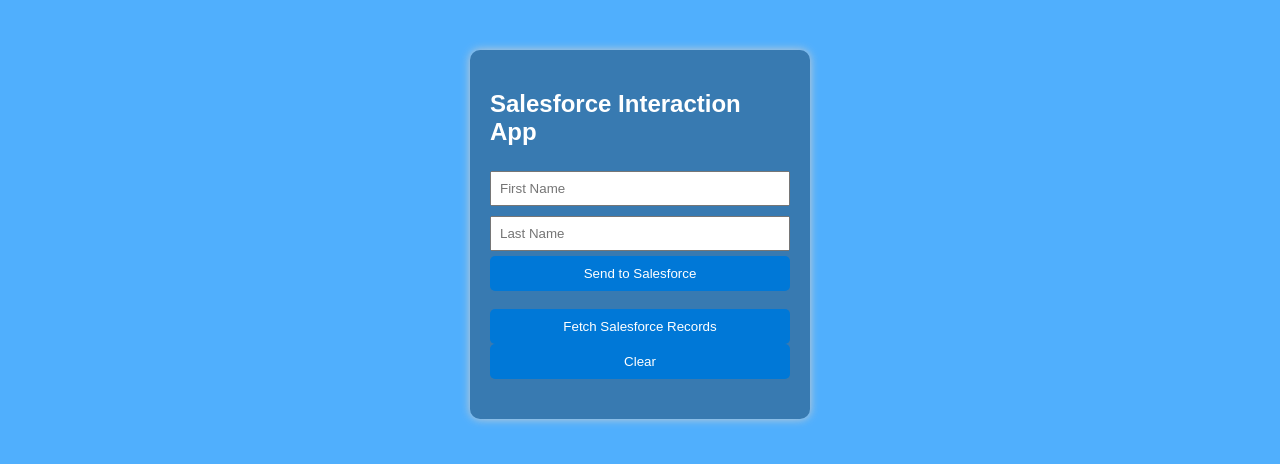
Repository: PamodaW/SalesforceSync
Page: Client/index.html
The author's editor kept a copy of each file at every save. The page is drawn from the files as they stood at one save, then again after a run of saves.
The browser window is 1280 px wide. The pictures show the whole page.

Above is the page before, as saved 2024-11-20 15:33:33.

### Client/index.html
<!DOCTYPE html>
<html lang="en">
<head>
    <meta charset="UTF-8">
    <meta name="viewport" content="width=device-width, initial-scale=1.0">
    <link rel="stylesheet" href="style.css">
    <title>Salesforce Web App</title>
</head>
<body>
    <div class="Clouds"></div>
    <div class="Clouds"></div>
    <div class="Clouds"></div>
    <div class="container">
        <h2>Salesforce Interaction App</h2>
        <form id="salesforceForm">
            <input type="text" id="firstName" placeholder="First Name" required>
            <input type="text" id="lastName" placeholder="Last Name" required>
            <br/>
            <button type="button" onclick="createRecord()">Send to Salesforce</button>
        </form>
        <br/>
        <button onclick="fetchRecords()">Fetch Salesforce Records</button>
        <br>
        <button onclick="ClearArea()">Clear</button>
        <div id="output"></div>
    </div>
    <script src="script.js"></script>
</body>
</html>

### Client/style.css
body {
    font-family: Arial, sans-serif;
    background-color: #50affd;
}

.container {
    width: 300px;
    margin: 50px auto;
    padding: 20px;
    background: white;
    border-radius: 10px;
    box-shadow: 0 0 10px #ccc;
    background-color: rgba(0, 0, 0, 0.3); /* 30% transparent black background */
    color: #ffffff; /* Text color remains opaque */
}

input {
    width: 100%;
    padding: 8px;
    margin: 5px 0;
    box-sizing: border-box;
}

button {
    width: 100%;
    padding: 10px;
    background: #0078d7;
    color: white;
    border: none;
    border-radius: 5px;
    cursor: pointer;
}

button:hover {
    background: #0056a6;
}

#output {
    margin-top: 20px;
}

### Client/script.js
const consumerKey = "3MVG9DREgiBqN9Wn1tmI.eQb32fXpKrWsCOiPp9anMP.XOEs3Rv7Ic_w7Q17wlZtloetkekoWTk5wvuYA8eFB";
const consumerSecret = "A0E8A1E3413392B2C6332CBA430EEA0D6A9BF24CEB56DDAEEF33126583276774";
const username = "pamodaw@gmail.com";
const password = "Pamzi2020yBm8RGuqKhuSUMUayOxBCQAk";

let accessToken = "";

async function authenticate() {
    try {
        const response = await fetch('http://localhost:3000/authenticate', {
            method: 'POST',
            headers: {
                'Content-Type': 'application/json',
            },
        });

        const data = await response.json();
        if (data.access_token) {
            accessToken = data.access_token;
            instanceUrl = data.instance_url;
            console.log('Authenticated successfully');
        } else {
            console.error('Authentication failed', data);
            alert("Authentication failed: " + JSON.stringify(data));
        }
    } catch (error) {
        console.error('Error during authentication', error);
    }
}


// Step 2: Create a Record in Salesforce
// Assuming the accessToken and instanceUrl are set after authentication

async function createRecord() {
    if (!accessToken || !instanceUrl) {
        await authenticate();
    }

    if (accessToken && instanceUrl) {
        const firstName = document.getElementById("firstName").value;
        const lastName = document.getElementById("lastName").value;

        const newContact = {
            FirstName: firstName,
            LastName: lastName,
        };

        try {
            const response = await fetch('http://localhost:3000/createContact', {  // Matches the server port
                method: 'POST',
                headers: {
                    'Content-Type': 'application/json',
                },
                body: JSON.stringify({
                    accessToken: accessToken,
                    instanceUrl: instanceUrl,
                    contactData: newContact,
                }),
            });

            const data = await response.json();

            if (data.id) {
                console.log('Contact created successfully', data);
                alert(`Contact created successfully: ${data.id}`);
            } else {
                console.error('Failed to create contact', data);
                alert("Failed to create contact: " + JSON.stringify(data));
            }
        } catch (error) {
            console.error('Error during contact creation', error);
        }
    } else {
        console.error('Authentication failed. Cannot create record.');
    }
}



// Step 3: Fetch Records from Salesforce
async function fetchRecords() {
    if (!accessToken || !instanceUrl) {
        await authenticate();
    }

    if (accessToken && instanceUrl) {
        try {
            const response = await fetch('http://localhost:3000/getContacts', {
                method: 'POST',
                headers: {
                    'Content-Type': 'application/json',
                },
                body: JSON.stringify({
                    accessToken: accessToken,
                    instanceUrl: instanceUrl,
                }),
            });

            const contacts = await response.json();

            if (Array.isArray(contacts)) {
                console.log('Contacts fetched successfully:', contacts);
                let output = "<h3>Fetched Contacts:</h3>";
                contacts.forEach(contact => {
                    output += `<p>${contact.FirstName} ${contact.LastName}</p>`;
                });
                document.getElementById('output').innerHTML = output;
            } else {
                console.error('Failed to fetch contacts', contacts);
                alert("Failed to fetch contacts: " + JSON.stringify(contacts));
            }
        } catch (error) {
            console.error('Error during contact fetch', error);
        }
    } else {
        console.error('Authentication failed. Cannot fetch contacts.');
    }
}

//clear the Area
async function ClearArea(){
    document.getElementById('output')
            .innerHTML = "";
}

After the next 3 saves:
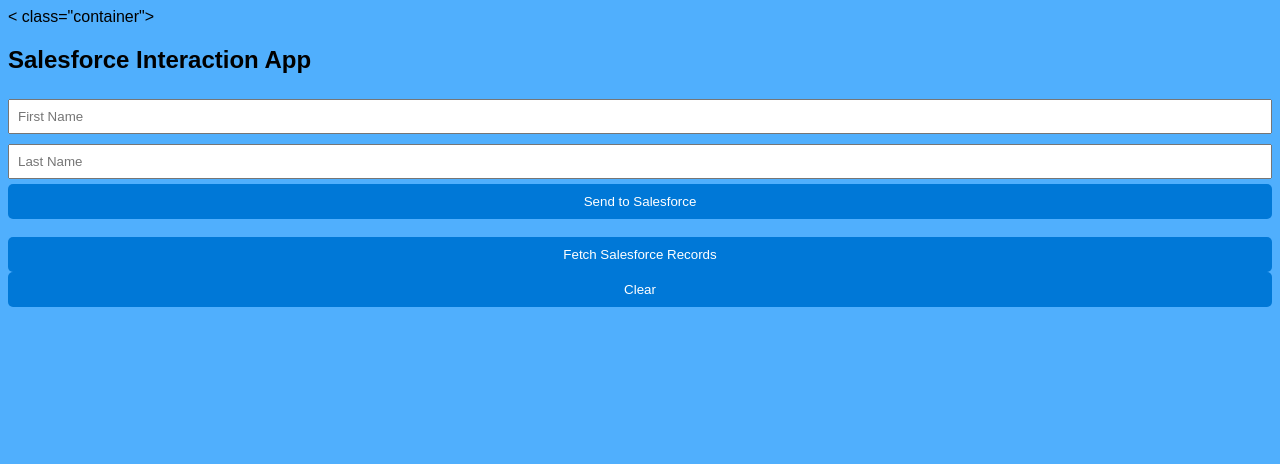
The 3 saves are shown as one change because they came seconds apart.
The last was saved 20 s later.
--- a/Client/index.html
+++ b/Client/index.html
@@ -10,7 +10,7 @@
     <div class="Clouds"></div>
     <div class="Clouds"></div>
     <div class="Clouds"></div>
-    <div class="container">
+    < class="container">
         <h2>Salesforce Interaction App</h2>
         <form id="salesforceForm">
             <input type="text" id="firstName" placeholder="First Name" required>
